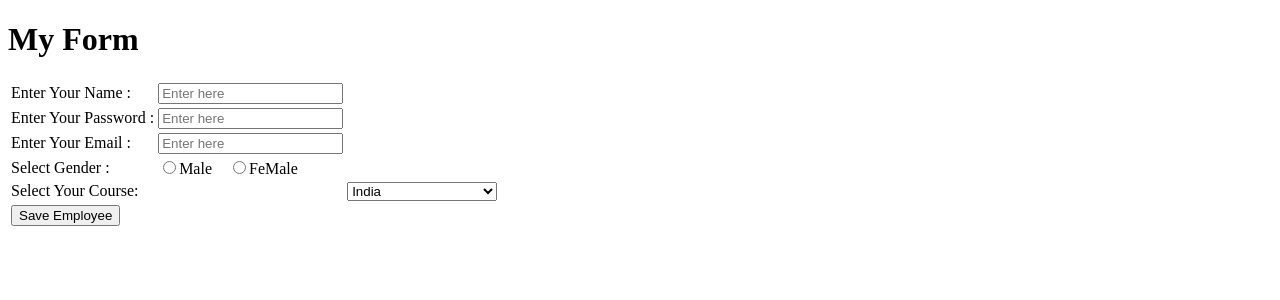
Repository: Kamleshmaury/CoreJava
Page: RegistrationForm/src/main/webapp/index.html
An editor plug-in stored every save of this project. The page is shown before and after the next save, followed by the edit.
The browser window is 1280 px wide. The pictures show the whole page.

Above is the page before, as saved 2022-10-18 08:52:59.

### RegistrationForm/src/main/webapp/index.html
<!DOCTYPE html>
<html>
<head>
<meta charset="UTF-8">
<title>Registration Form</title>
</head>
<body>
	<div class="container">
		<h1>My Form</h1>
		<form action="RegistrationServlet" method="post">
			<table>
				<tr>
					<td>Enter Your Name : </td>
					<td> <input type ="text" name="name" placeholder="Enter here"></td>
				</tr>
				<tr>
					<td>Enter Your Password : </td>
					<td> <input type ="password" name="password" placeholder="Enter here"></td>
				</tr>
				<tr>
					<td>Enter Your Email : </td>
					<td> <input type ="email" name="email" placeholder="Enter here"></td>
				</tr>
				<tr>
					<td>Select Gender : </td>
					<td><input type="radio" name="gender" value="male">Male &nbsp; &nbsp;<input type="radio" name="gender" value="female">FeMale </td>
				</tr>

				<tr><td>Select Your Course:</td><td>
					<td><select name="course" style="width:150px">
					<option>India</option>
					<option>USA</option>
					<option>China</option>
					<option>Other</option>
					</td>
			</select>
			</td></tr>
			<tr><td colspan="2"><input type="submit" value="Save Employee"/></td></tr>
			</table>

		</form>
	</div>
</body>
</html>

After the next save:
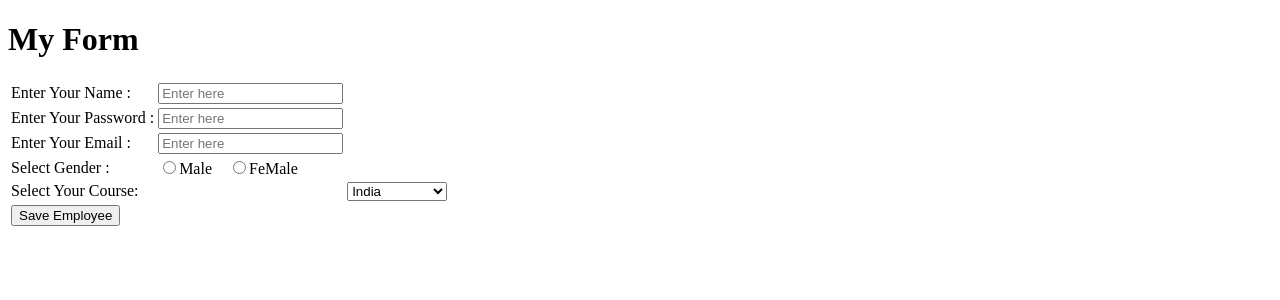
Saved 3 s later.
--- a/RegistrationForm/src/main/webapp/index.html
+++ b/RegistrationForm/src/main/webapp/index.html
@@ -27,7 +27,7 @@
 				</tr>
 
 				<tr><td>Select Your Course:</td><td>
-					<td><select name="course" style="width:150px">
+					<td><select name="course" style="width:100px">
 					<option>India</option>
 					<option>USA</option>
 					<option>China</option>
